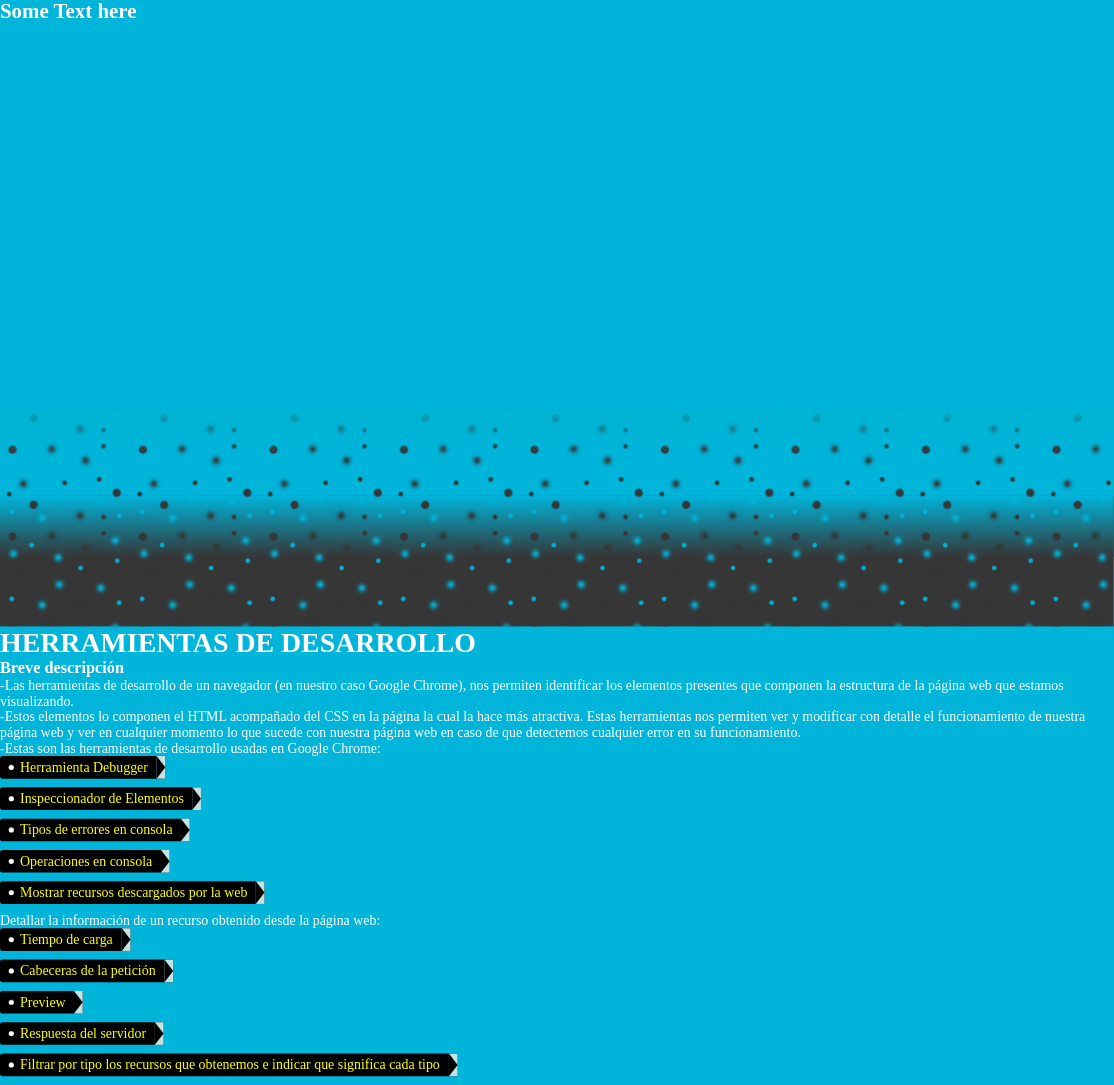
Repository: VictorinoBF97/HerramientasDesarollo
Page: indice.html
The author's editor kept a copy of each file at every save. The page is drawn from the files as they stood at one save, then again after the next save.
The browser window is 1280 px wide. The pictures show the whole page, at 87% of full size.

Above is the page before, as saved 2018-11-26 09:31:46.
Console error: SyntaxError: Unexpected token '{'

After the next save:
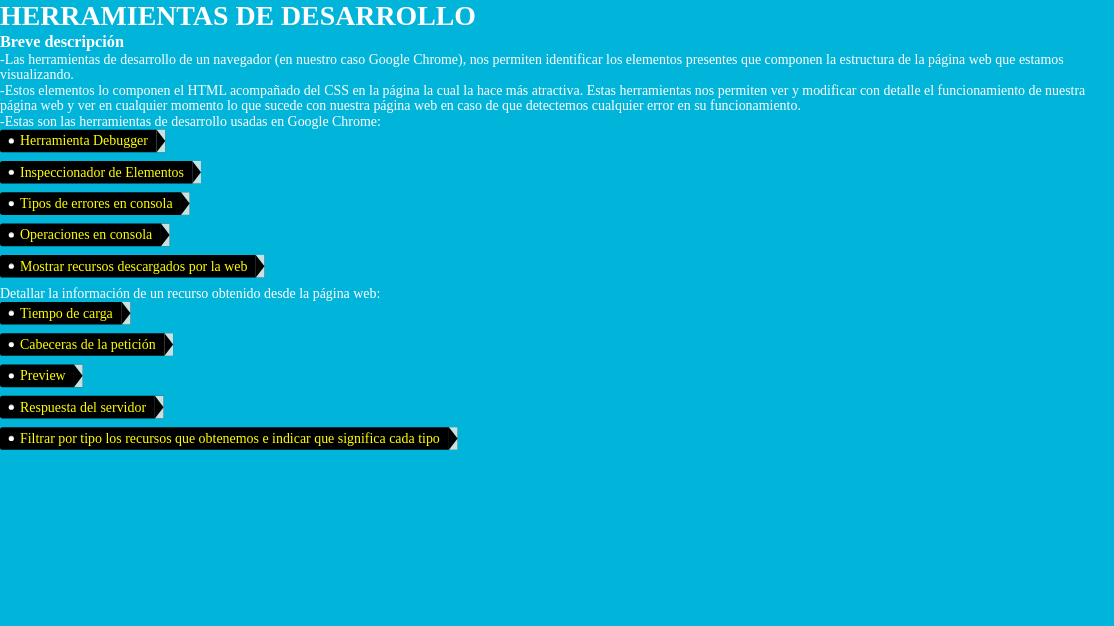
Saved 13 s later.
--- a/indice.html
+++ b/indice.html
@@ -9,26 +9,6 @@
     <script src="./javascript/fondo.js"></script>
 </head>
 <body>
-        <div id="wrap">
-
-                <section id="main">
-               <h2> Some Text here</h2>
-             </section>
-            </div>
-
-            <footer>
-              <div class="main-gradient">
-
-              </div>
-              &nbsp;
-            </footer>
-
-            <div class="dots">
-              <div class="fade-top">
-              </div>
-            </div>
-
-
     <div>
     <h1 class="titulo">HERRAMIENTAS DE DESARROLLO</h1>
     </div>
